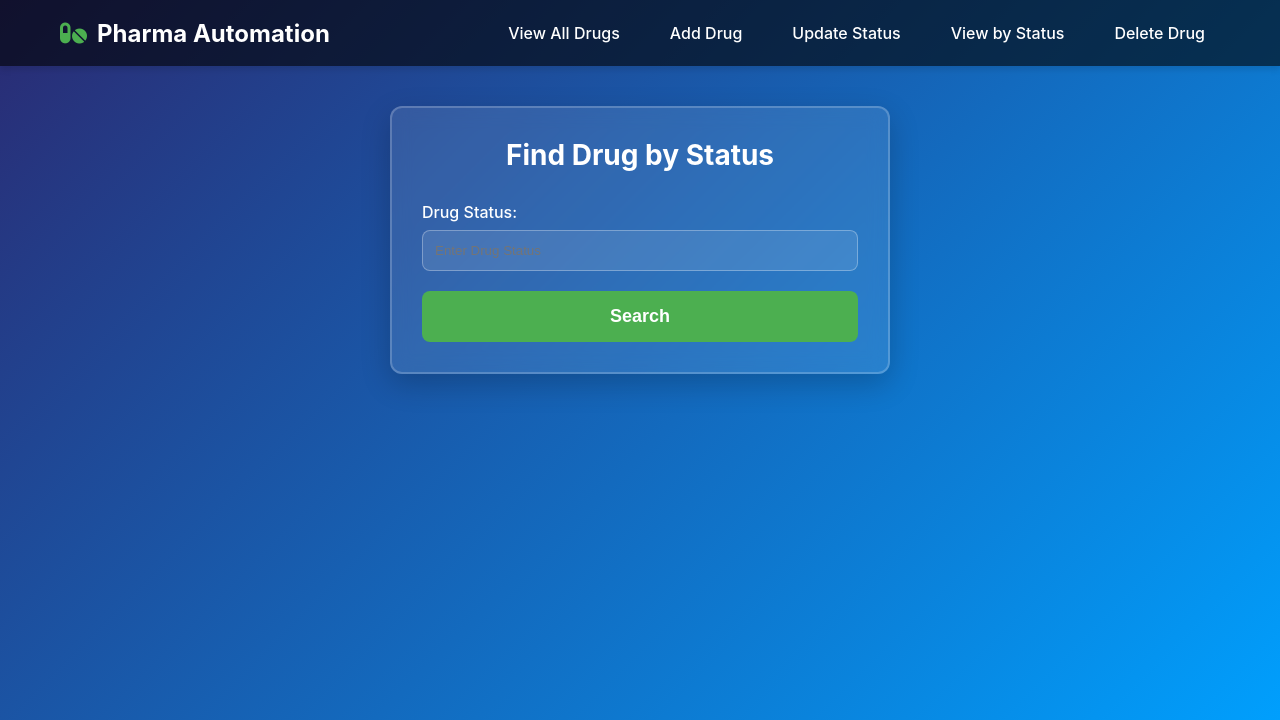
Repository: Clarrieous/Infosys-intern
Page: http://localhost/findbydrugstatus
These files come from the project's save history. The page is drawn as it stood at one moment and after the next save; the edit follows.
The browser window is 1280 px wide. The pictures show the whole page.
The page is this project's Thymeleaf template; nobody is signed in. The template is opened directly, without the code that normally fills it, so the values that code supplies are empty.

Above is the page before, as saved 2024-12-08 17:58:04.

After the next save:
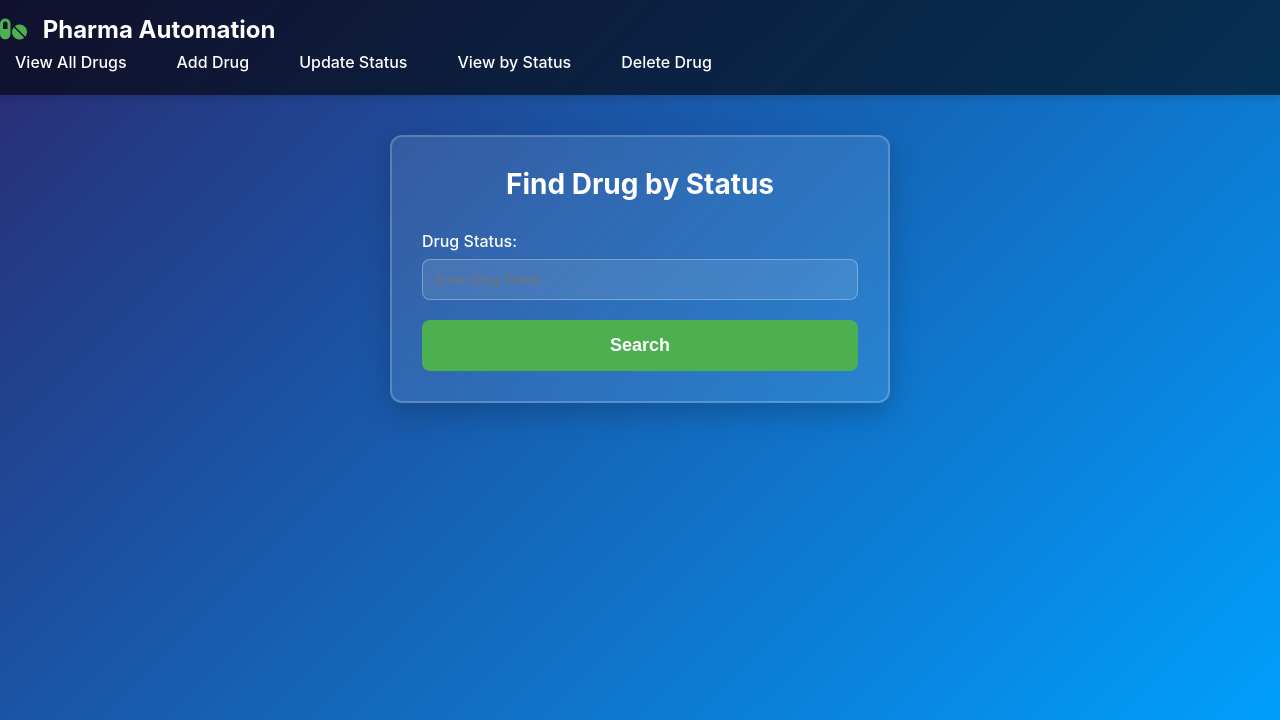
Saved 2 min 56 s later.
--- a/ClientService/src/main/resources/templates/findbydrugstatus.html
+++ b/ClientService/src/main/resources/templates/findbydrugstatus.html
@@ -196,11 +196,12 @@
 <body>
 
     <nav class="navbar">
-        <div class="container nav-content">
-            <div class="logo">
-                <i class="fas fa-pills"></i>
-                Pharma Automation
-            </div>
+		<div class="logo">
+		    <a th:href="@{/Home}" style="text-decoration: none; color: inherit;">
+		        <i class="fas fa-pills"></i>
+		        Pharma Automation
+		    </a>
+		</div>
             <ul class="nav-menu">
                 <li><a th:href="@{/viewAllDrugs}">View All Drugs</a></li>
                 <li><a th:href="@{/addDrug}">Add Drug</a></li>

After the save that followed:
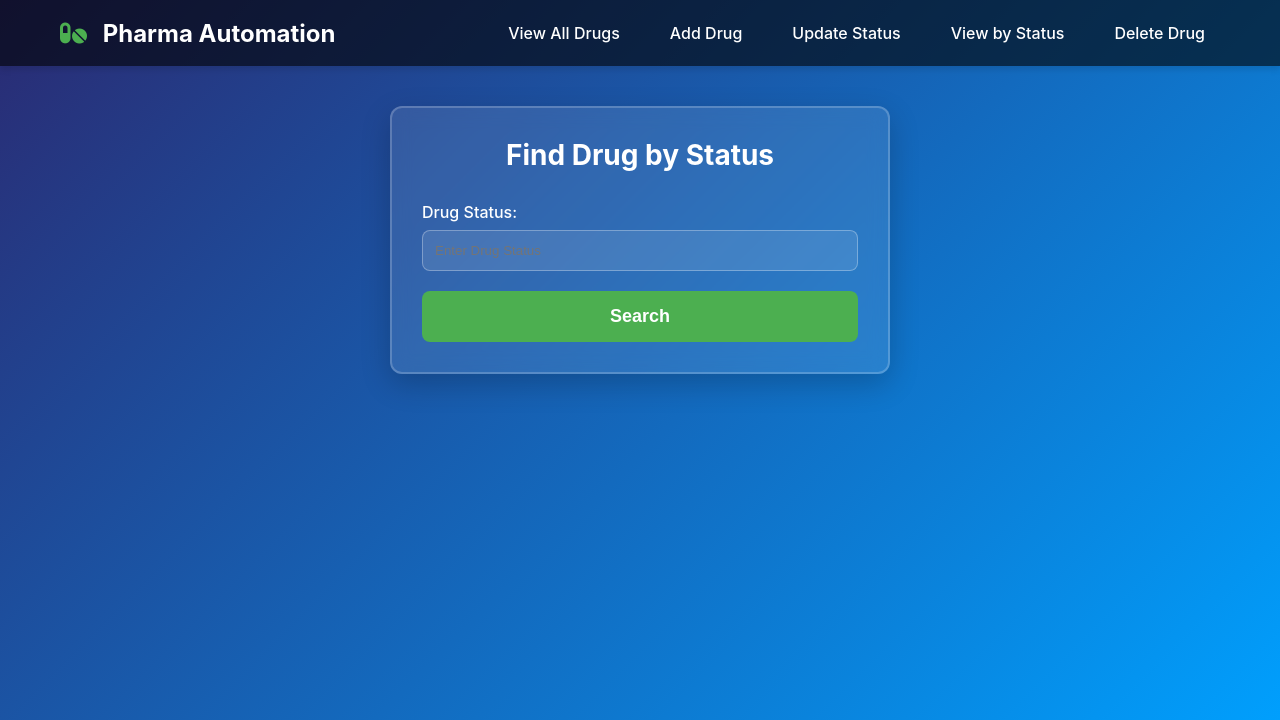
Saved 2 min 46 s later.
--- a/ClientService/src/main/resources/templates/findbydrugstatus.html
+++ b/ClientService/src/main/resources/templates/findbydrugstatus.html
@@ -196,12 +196,14 @@
 <body>
 
     <nav class="navbar">
-		<div class="logo">
-		    <a th:href="@{/Home}" style="text-decoration: none; color: inherit;">
-		        <i class="fas fa-pills"></i>
-		        Pharma Automation
-		    </a>
-		</div>
+        <div class="container nav-content">
+			<div class="logo">
+			    <a th:href="@{/Home}" style="text-decoration: none; color: inherit;">
+			        <i class="fas fa-pills"></i>
+			        Pharma Automation
+			    </a>
+			</div>
+
             <ul class="nav-menu">
                 <li><a th:href="@{/viewAllDrugs}">View All Drugs</a></li>
                 <li><a th:href="@{/addDrug}">Add Drug</a></li>
